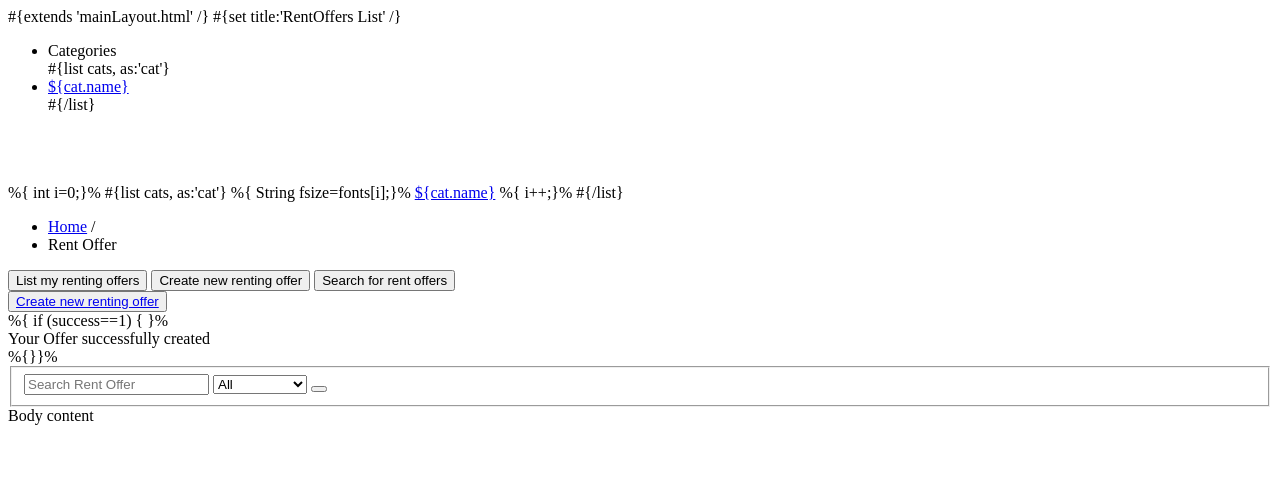
Repository: Maalejm/SEBA
Page: SlifeWebSite/app/views/RentOffers/index.html
An editor plug-in stored every save of this project. The page is shown before and after the next save, followed by the edit.
The browser window is 1280 px wide. The pictures show the whole page.

Above is the page before, as saved 2013-07-10 01:23:23.
Console error: SyntaxError: Invalid or unexpected token

### SlifeWebSite/app/views/RentOffers/index.html
#{extends 'mainLayout.html' /}
#{set title:'RentOffers List' /}




<div class="container-fluid">

            <div class="row-fluid">
                <div class="span2">

                    <ul class="nav nav-list">
                        <li class="nav-header">Categories</li>

                        #{list cats, as:'cat'}
                         <li
                         %{ if(id.equals(cat.id.toString())) { }%
                          class="active"
                         %{ } }%
                         ><a class="catNav" href="/rentoffer/${cat.id}">${cat.name}</a></li>
                        #{/list}

                    </ul>
                    <br/>
                    <br/>
                    <br/>
                    %{ int i=0;}%
                    #{list cats, as:'cat'}
                       %{ String fsize=fonts[i];}%
                       <span style="font-size:${fsize}px;"><a class="catNav" href="/rentoffer/${cat.id}">${cat.name}</a></span>
                      %{ i++;}%
                    #{/list}


					<div>


                    </div>

                </div>
                <div class="span10">
                    <ul class="breadcrumb">
                        <li><a href="/">Home</a> <span class="divider">/</span></li>
                        <li class="active">Rent Offer</li>
                    </ul>

                    <div class="btn-group">

                        <button class="btn" >List my renting offers</button>
            			<button class="btn" ><i class="icon-plus"></i> Create new renting offer</button>
            			<button class="btn"> Search for rent offers</button>
                    </div>

                    <div class="btn-group">
                        <button class="btn"><i class="icon-plus"></i><a href="/rentoffer/newOffer"> Create new renting offer </a></button>
                    </div>
                    %{ if (success==1) {  }%
                    <div class="success"> Your Offer successfully created</div>
                    %{}}%
                    <div class="span10 searchForm">

                            <fieldset>

                                <input name="search" class="span7" type="text" id="search"  placeholder="Search Rent Offer" >
                                    <select id="category" class="span3">
                                        <option value="0">All</option>

                                        #{list cats, as:'cat'}
                                        <option value="${cat.id}">${cat.name}</option>
                                        #{/list}
                                    </select>

                                    <button type="submit" class="btn btn-primary"> <i class="icon-search icon-white"></i></button>
                           </fieldset>

                    </div>

                    <div  id="result">





           </div>



                    Body content
                </div>
            </div>
        </div>





<script type="text/javascript" charset="${_response_encoding}">

    // Rebuild state

    $('#search').val(sessvars.search)
    //if(sessvars.page == undefined) {
        sessvars.page = 1
    //}

    //if(sessvars.firstPage == undefined) {
        sessvars.firstPage = 1
    //}

    //if(sessvars.lastPage == undefined) {
        sessvars.lastPage = 10
    //}


    // Search function
    var search = function() {
    	if($('.active .catNav').attr('href') != undefined)
    		$('#category').val($('.active .catNav').attr('href').split("/")[2])
        loadData($('#search').val(),$('#category').val(),10)

    }

    var loadData=function(search,category,size){


    	sessvars.search = search
        sessvars.category = category
        sessvars.size =size //$('#size').val()
        var listAction = #{jsAction @listOf(':search',':category', ':size', ':page',':firstPage',':lastPage') /}
        $('#result').load(listAction({search: sessvars.search,category :sessvars.category , size: sessvars.size,
        	page: sessvars.page
        	, firstPage: sessvars.firstPage, lastPage: sessvars.lastPage}), function() {


        })

    }

    // Events handler
    $('#submit').click(function() {
        sessvars.page = 1

        search()
    })
    $('#search').keyup(function() {
        sessvars.page = 1

        search()
    })

    $('#category').change(function() {
        sessvars.page = 1

        search()
    })


    $('#nextPage').live('click', function(e) {

    	pageinfo= $(this).attr('href').split(';');
    	sessvars.page =pageinfo[0]
        sessvars.firstPage=pageinfo[1]
        sessvars.lastPage=pageinfo[2]

        e.preventDefault()
        search()
    })

    $('#prePage').live('click', function(e) {
    	pageinfo= $(this).attr('href').split(';');
    	sessvars.page =pageinfo[0]
        sessvars.firstPage=pageinfo[1]
        sessvars.lastPage=pageinfo[2]

        e.preventDefault()
        search()
    })

    $('.pagebtn').live('click', function(e) {

    	pageinfo= $(this).attr('href').split(';');
    	sessvars.page =pageinfo[0]
        sessvars.firstPage=pageinfo[1]
        sessvars.lastPage=pageinfo[2]
        e.preventDefault()
        search()
    })


    $('.catNav').live('click', function(e) {

    	category=$(this).attr('href').split("/")[2]


    	$('#category').val(category)

    	sessvars.page =1
        sessvars.firstPage=1
        sessvars.lastPage=10
        $('#search').val("")
        $('.catNav').parent().removeClass('active');
        $(this).parent().addClass('active');
    	e.preventDefault()

       loadData("",category,10)
    })

    // Init
    if(sessvars.search != undefined) {
        search()

    }

</script>

After the next save:
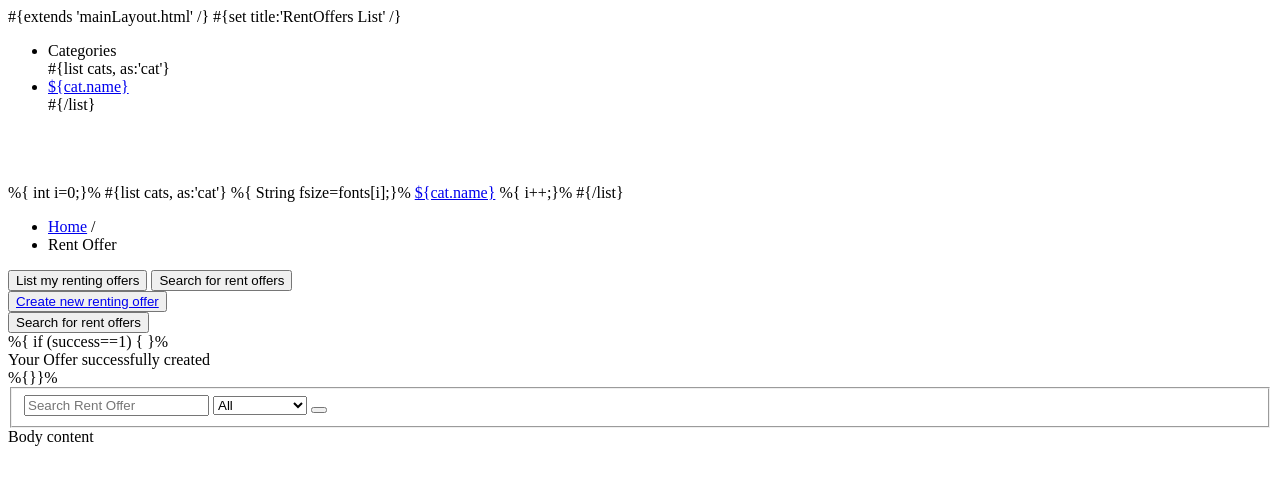
Saved 58 s later.
--- a/SlifeWebSite/app/views/RentOffers/index.html
+++ b/SlifeWebSite/app/views/RentOffers/index.html
@@ -47,13 +47,19 @@
                     <div class="btn-group">
 
                         <button class="btn" >List my renting offers</button>
-            			<button class="btn" ><i class="icon-plus"></i> Create new renting offer</button>
+
             			<button class="btn"> Search for rent offers</button>
                     </div>
 
                     <div class="btn-group">
                         <button class="btn"><i class="icon-plus"></i><a href="/rentoffer/newOffer"> Create new renting offer </a></button>
                     </div>
+
+                    <div class="btn-group">
+
+            			<button class="btn"> Search for rent offers</button>
+                    </div>
+
                     %{ if (success==1) {  }%
                     <div class="success"> Your Offer successfully created</div>
                     %{}}%
